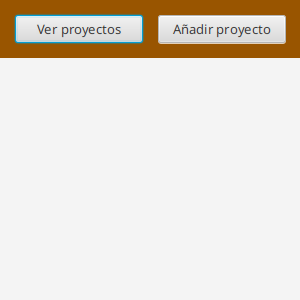
Repository: anxoportela/PROG
Program's window: java Java_Interfaz/ProyectoJavaFX/src/com/acarballeira/javaFX/ejemplo8/App.java
These files come from the project's save history. The program's window is drawn as it stood at one moment and after the next save; the edit follows.
It runs on Java 21 on a 1366 x 768 screen with JavaFX 11; the title bar is not drawn.

Above is the program's window before, as saved 2020-03-05 19:54:52.

After the next save:
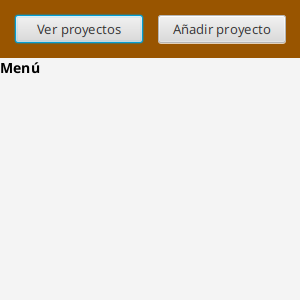
Saved 3 min 41 s later.
--- a/Java_Interfaz/ProyectoJavaFX/src/com/acarballeira/javaFX/ejemplo8/App.java
+++ b/Java_Interfaz/ProyectoJavaFX/src/com/acarballeira/javaFX/ejemplo8/App.java
@@ -11,6 +11,9 @@
 import javafx.scene.layout.Pane;
 import javafx.scene.layout.VBox;
 import javafx.scene.paint.Color;
+import javafx.scene.text.Font;
+import javafx.scene.text.FontWeight;
+import javafx.scene.text.Text;
 import javafx.stage.Stage;
 
 public class App extends Application {
@@ -48,6 +51,10 @@
 
 	private Pane crearVbox() {
 		VBox vbox = new VBox();
+
+		Text titulo = new Text("Menú");
+		titulo.setFont(Font.font("Arial", FontWeight.BOLD, 14));
+		vbox.getChildren().add(titulo);
 		return vbox;
 	}
 
